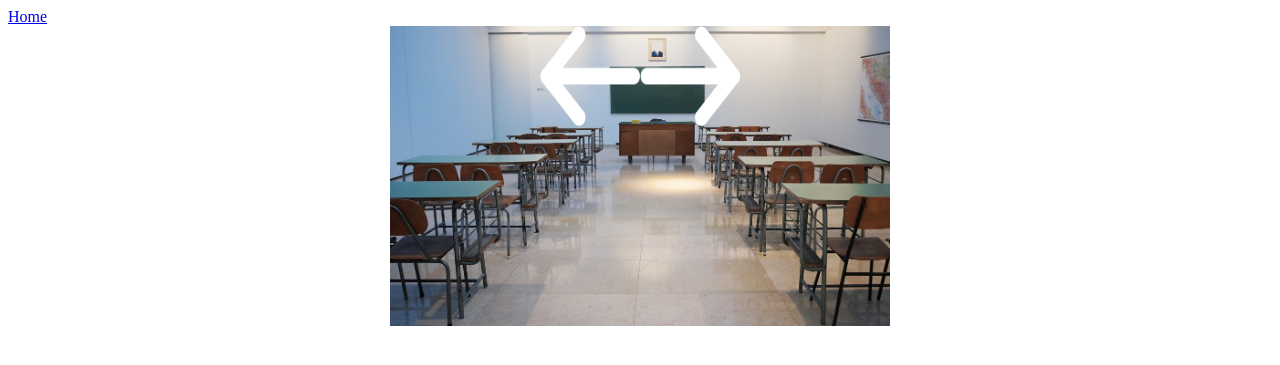
Repository: jjennbui/class8
Page: /carouselPage
An editor plug-in stored every save of this project. The page is shown before and after a run of saves, followed by the edit.
The browser window is 1280 px wide. The pictures show the whole page.
The project was rebuilt for these pictures with package versions that can differ from the ones it lists, and the page was loaded fresh each time. The framework's server and built-in components were replaced by stand-ins that run in the browser. Also part of the build but not shown: next.config.js.

Above is the page before, as saved 2023-02-20 18:23:48.

After the next 3 saves:
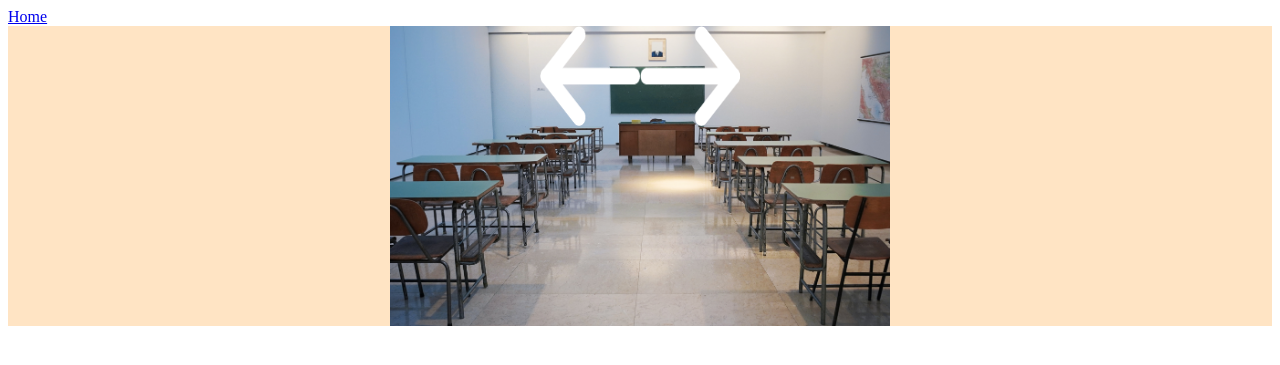
The 3 saves are shown as one change because they came seconds apart.
The last was saved 34 s later.
--- a/components/carousel/carousel.module.css
+++ b/components/carousel/carousel.module.css
@@ -7,4 +7,5 @@
 .main{
     display: flex;
     justify-content: center;
+    background-color: bisque;
 }

After the 4 saves that followed:
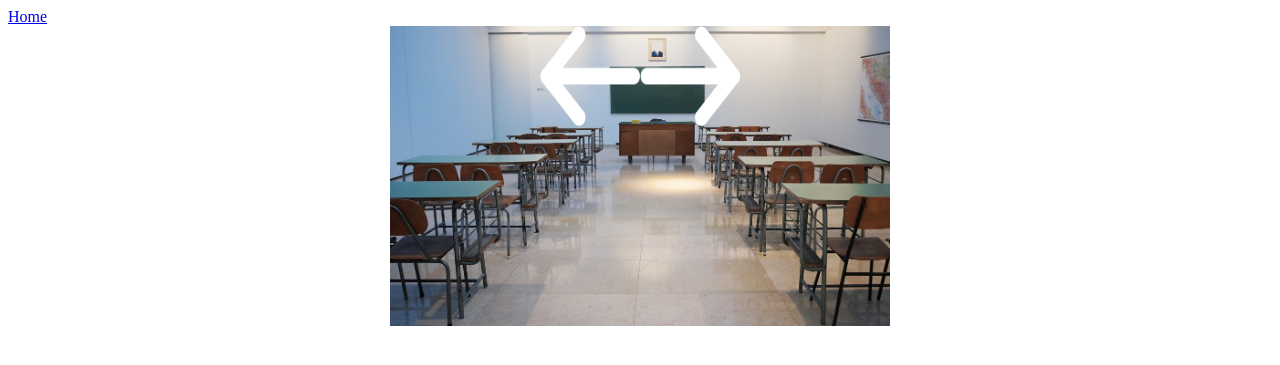
The 4 saves are shown as one change because they came seconds apart.
The last was saved 26 s later.
--- a/components/carousel/carousel.module.css
+++ b/components/carousel/carousel.module.css
@@ -7,5 +7,5 @@
 .main{
     display: flex;
     justify-content: center;
-    background-color: bisque;
+    box-shadow: ;
 }
